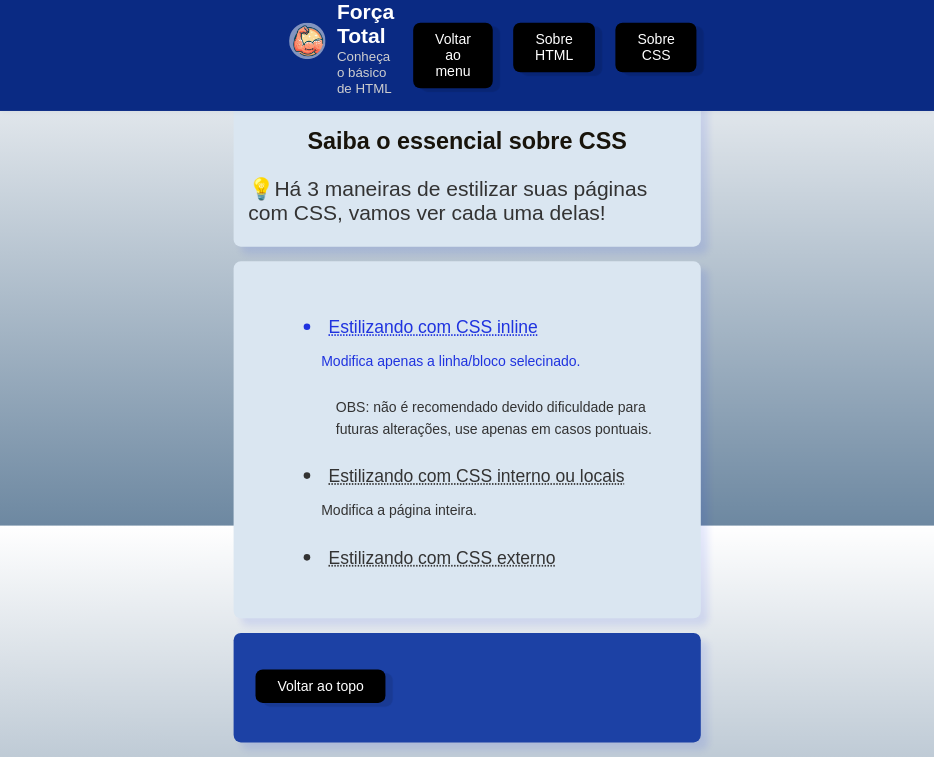
Repository: LuidyOn/Site_Forca_Total
Page: ForçaTotal/paginas/sobrecss.html
These files come from the project's save history. The page is drawn as it stood at one moment and after a run of saves; the edit follows.
The browser window is 1280 px wide. The pictures show the whole page, at 73% of full size.
Backgrounds fixed to the window are drawn as part of the page.

Above is the page before, as saved 2025-05-19 14:27:34.

### ForçaTotal/paginas/sobrecss.html
<!DOCTYPE html>
<html lang="pt-br">
<head>
    <meta charset="UTF-8">
    <meta name="viewport" content="width=device-width, initial-scale=1.0">
    <title>Força Total</title>
  <link rel="shortcut icon" href="../img/icons/logo.ico" type="image/x-icon">
  <link rel="stylesheet" href="../css/style.css">
<!--
    Estilos CSS internos para a página:
    - Define fonte, cores de fundo e texto, margens e espaçamento do body.
    - Define cores para títulos (h1, h2, h3, h4).
    - Ajusta margem do h5.
    - Remove marcadores e espaçamento da lista.
    - Define espaçamento entre itens da lista.
    - Estiliza botões: cor de fundo, cor do texto, borda arredondada, efeito hover.
-->
<!--
<style>
    body {
            font-family: Arial, sans-serif;
            background-color: #cef7f7;
            color: #333;
            margin: 0;
            padding: 20px;
    }
    h1 {
            color: #2c3e50;
    }
    h2 {
            color: #2980b9;
    }
    h3 {
            color: #231a27;
    }
    h4 {
            color: #2980b9;
    }
    h5 {
            margin-left: 10px;
    }
    ul {
            list-style-type: none;
            padding: 0;
    }
    li {
            margin-bottom: 10px;
    }
    button {
            background-color: #3498db;
            color: white;
            border: 100;
            padding: 10px 20px;
            cursor: pointer;
            border-radius: 100px;
    }
    button:hover {
            background-color: #2980b9;
    }
</style>
-->
</head>
<body>
        <header>
      <div style="display: flex; align-items: center; gap: 16px;">
        <img src="../img/logo.jpg" alt="Imagem logo" style="height: 50px; width: auto; margin-left: 480px;">
        <div style="text-align: left;">
          <h1 style="margin: 0; font-size: 1.5em;">Força Total</h1>
          <p style="margin: 0; color: rgb(207, 207, 207); font-size: 0.95em;">Conheça o básico de HTML</p>
        </div>
      </div>
      <span style="flex: 1; display: flex; justify-content: center; gap: 8px; margin-right: 400px;" >
        <a href="../index.html"><button id="botao">Voltar ao menu</button></a>
        <a href="sobreHTML.html"><button>Sobre HTML</button></a>
        <a href="sobrecss.html"><button>Sobre CSS</button></a>
      </span>
    </header>
    <div style="height: 100px;"></div>
    <h3 style="text-align: left;">

<section style="background-color: #dae6f1; padding: 20px; text-align: justify;">
<h2 style="text-align: center;">Saiba o essencial sobre CSS</h2>
    <h3 style="text-align: left;">💡Há 3 maneiras de estilizar suas páginas com CSS, vamos ver cada uma delas!</h3>
    </section>

    <section>

    <ul>
        <li style="color: rgb(31, 51, 223);"><h4></style> <abbr title="Dica: use <h4 style='color'> ">Estilizando com CSS inline</h4></abbr>
                <p>Modifica apenas a linha/bloco selecinado.</p>
        </li>

            <h5>
                <p style="color: #333;">OBS: não é recomendado devido dificuldade para futuras alterações, use apenas em casos pontuais. </p>
            </h5>


        <li><h4> <abbr title="Em <head>, use: <style> body { font-family: Arial, sans-seri} h1 {...} ...">Estilizando com CSS interno ou locais</h4> </abbr>
        <p>Modifica a página inteira.</p></li>

        <li><h4> <abbr title="Para esteilizar uma página inteira usamos: <link rel='stylesheet' href='style.css'>">Estilizando com CSS externo</h4> </abbr>
        </li>
    </ul>
        </section>

<section style=" background-color: #1c41a5; padding: 10px; text-align: justify; height: 150px; padding: 1px 20px;">
  <h3 style="text-align: left;">
    <span>
    <a href="sobrecss.html"><button id="botao">Voltar ao topo</button></a>
  </h3>
  </section>

</body>
</html>

### ForçaTotal/css/style.css
/* Resetando algumas margens e paddings padrão */
@charset "UTF-8";

* {
  margin: 100;
  padding: 0;
  box-sizing: border-box;

}

body {
  font-family: 'Arial', sans-serif;
  text-align: left;
  background-image: linear-gradient(to bottom, #ffffff, #6d88a1);
  background-attachment: fixed;
  margin: 0;
  padding: 0;
  color: #333;
  width: 100vw;
  min-height: 100vh;
}

header {
  display: flex;
  align-items: center;
  justify-content: center;
  gap: 16px;
  position: fixed;
  top: -20px;
  left: 0;
  width: 100%;
  background: #10315e;
  z-index: 1000;
  box-shadow: 0 2px 8px rgba(0,0,0,0.05);
  background-color: #0a2a83;
  color: white;
  text-align: center;
  padding: 20px;
  font-size: 1.2rem;
}

header img {
  width: 150px;
  margin-bottom: 20px;
  border-radius: 50%;
}

h1 {
  font-size: 2.5rem;
  margin-bottom: 10px;
  font-weight: bold;
}

h2 {
  font-size: 2rem;
  margin-bottom: 10px;
  font-weight: bold;
}

h3 {
  font-size: 1.8rem;
  margin-bottom: 10px;
  font-weight: 300;
  text-align: center;
}

h4 {
  font-size: 1.5rem;
  margin-bottom: 10px;
  font-weight: 300;
  margin-left: 10px;
}

h5 {
  font-size: 1.3rem;
  margin-bottom: 10px;
  font-weight: 300;
  margin-left: 20px;
}

ul {
  padding: 0;
  margin-left: 100px;
}
ol {
  list-style-type: decimal;
  margin: 0;
}

p {
  font-size: 1.2rem;
  font-weight: 300;
}

section {
  padding: 40px 20px;
  background-color: #dae6f1;
  margin: 20px 0;
  border-radius: 10px;
  box-shadow: 10px 10px 10px rgba(0, 42, 228, 0.1);
  width: 50%;
  margin-left: auto;
  margin-right: auto;
  display: block;
  align-items: center;
  justify-content: space-between;
}

.variacao {
  background-color: rgba(99, 173, 219, 0.262);

}

section h2 {
  font-size: 2rem;
  margin-bottom: 10px;
  color: rgb(24, 20, 11);
}

section p {
  font-size: 1.2rem;
  line-height: 1.5;
  margin-bottom: 20px;
}

section img {
  width: 25%;
  max-width: 600px;
  border-radius: 10px;
  box-shadow: 0px 4px 6px rgba(0, 0, 0, 0.1);
  margin-left: px;
}

button {
  padding: 12px 30px;
  font-size: 1.2rem;
  background-color: #000000;
  color: white;
  border: none;
  border-radius: 10px;
  cursor: pointer;
  transition: background-color 0.3s ease, transform 0.2s ease;
  margin-top: 20px;
  margin-left: 10px;
  margin-right: 10px;
  box-shadow: 10px 5px 1px rgba(0, 0, 0, 0.1);

}

button:hover {
  background-color: #325f90;
  transform: translateY(-2px);
}

button:active {
  transform: translateY(0);
}

footer {
  background-color: #222;
  color: white;
  padding: 20px;
  font-size: 1rem;
  text-align: center;
  margin-top: 40px;
  left: 0;
  bottom: 0;
  width: 100vw;
  z-index: 100;
}

footer p {
  font-weight: 300;
  margin-left: -1000px;

}

@media screen and (max-width: 768px) {
  header h1 {
      font-size: 2rem;
  }

  section h2 {
      font-size: 1.8rem;
  }

  button {
      padding: 10px 25px;
  }
}

After the next 2 saves:
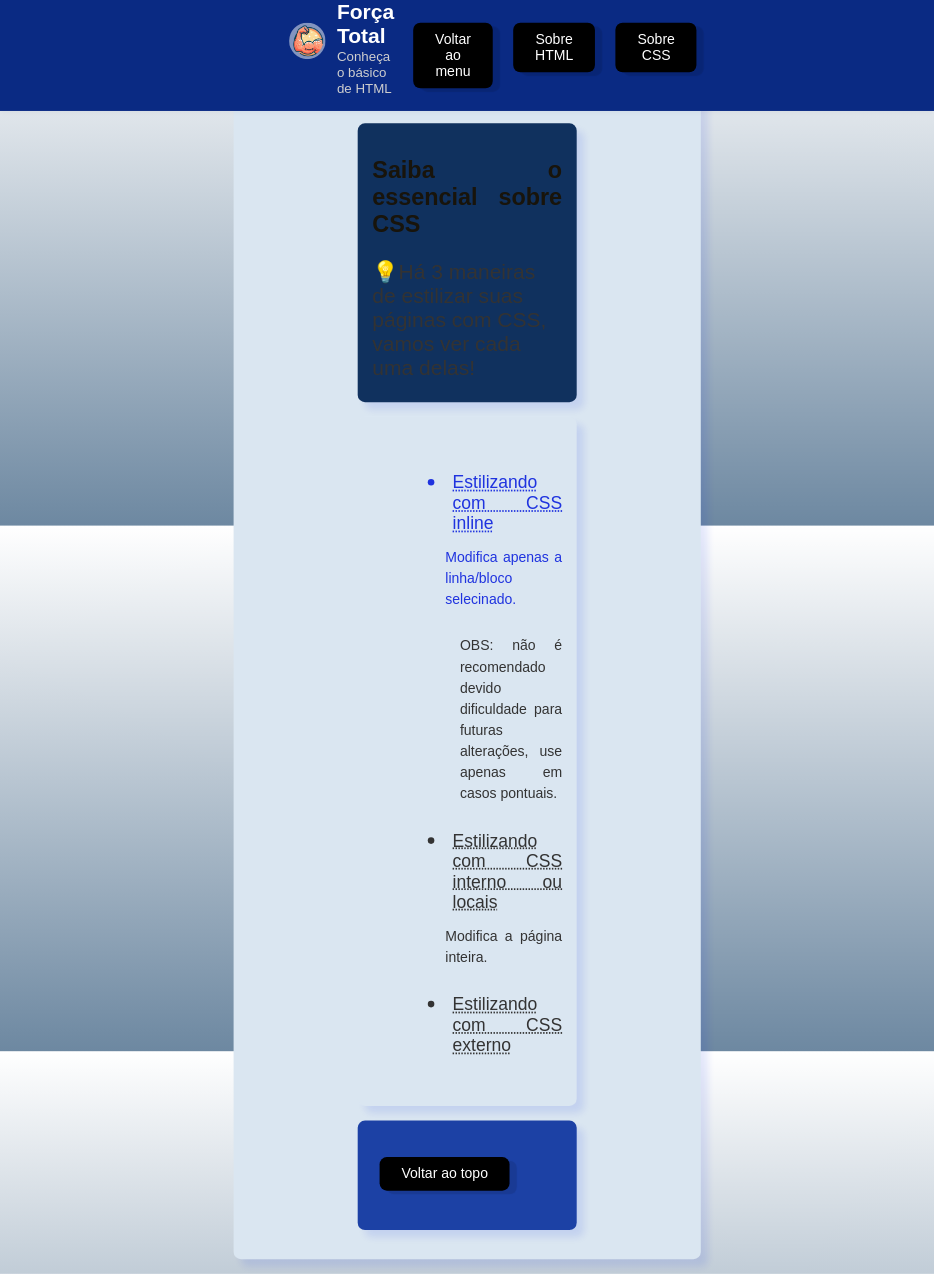
The 2 saves are shown as one change because they came seconds apart.
The last was saved 15 s later.
--- a/ForçaTotal/paginas/sobrecss.html
+++ b/ForçaTotal/paginas/sobrecss.html
@@ -79,7 +79,8 @@
     <h3 style="text-align: left;">
 
 <section style="background-color: #dae6f1; padding: 20px; text-align: justify;">
-<h2 style="text-align: center;">Saiba o essencial sobre CSS</h2>
+<section style="background-color: #10315e; padding: 20px; text-align: justify;">
+<h2 style="">Saiba o essencial sobre CSS</h2>
     <h3 style="text-align: left;">💡Há 3 maneiras de estilizar suas páginas com CSS, vamos ver cada uma delas!</h3>
     </section>
 

After the 6 saves that followed:
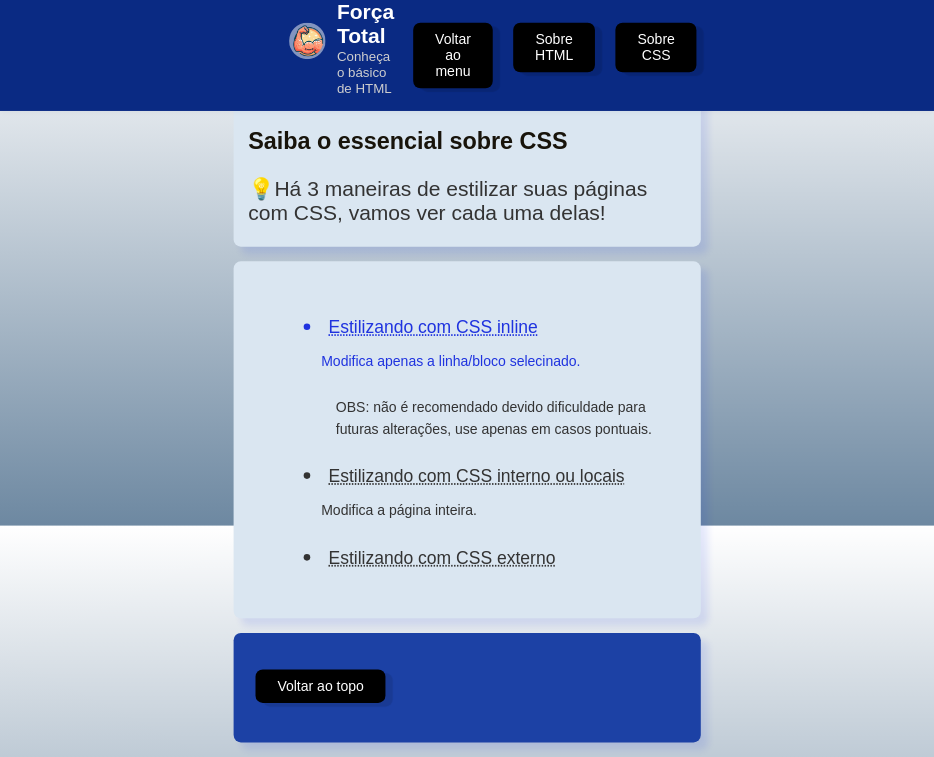
The 6 saves are shown as one change because 1 left the picture as it was and some came seconds apart.
The last was saved 24 s later.
--- a/ForçaTotal/paginas/sobrecss.html
+++ b/ForçaTotal/paginas/sobrecss.html
@@ -79,8 +79,7 @@
     <h3 style="text-align: left;">
 
 <section style="background-color: #dae6f1; padding: 20px; text-align: justify;">
-<section style="background-color: #10315e; padding: 20px; text-align: justify;">
-<h2 style="">Saiba o essencial sobre CSS</h2>
+<h2 style="background-color: ;">Saiba o essencial sobre CSS</h2>
     <h3 style="text-align: left;">💡Há 3 maneiras de estilizar suas páginas com CSS, vamos ver cada uma delas!</h3>
     </section>
 
